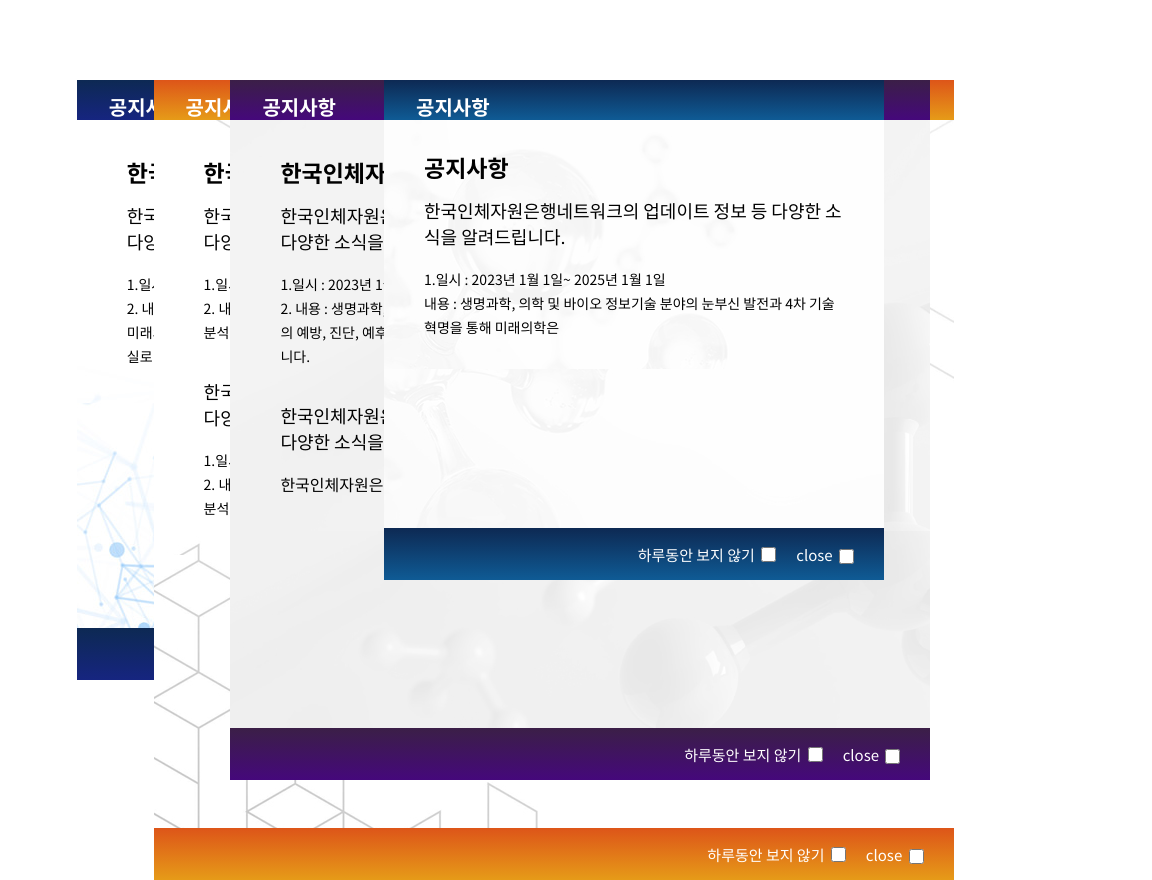
Repository: dlgywls1130/common_popup
Page: index.html
An editor plug-in stored every save of this project. The page is shown before and after the next save, followed by the edit.
The browser window is 768 px wide. The page is 954 px wide, then 1152 px, so the pictures cover 1152 px, including what lies to the right of the window. The pictures show the whole page.

Above is the page before, as saved 2023-10-26 01:00:35.

### index.html
<!DOCTYPE html>
<html lang="en">
<head>
    <meta charset="UTF-8">
    <meta name="viewport" content="width=device-width, initial-scale=1.0">
    <title>Document</title>

    <link rel="stylesheet" href="./style.css">
</head>
<body>

    <!-- 첫번째 팝업 -->
    <div class="common_modal blue">
        <div class="common_head ">
            공지사항
        </div>
        <div class="common_body">
            <h2 class="common_body_head">
                한국인체자원은행네트워크 공지사항
            </h2>
            <div class="common_body_span">
                한국인체자원은행네트워크의 업데이트 정보 등
                <br>다양한 소식을 알려드립니다.
            </div>
            <div class="common_body_descript">
                <p>1.일시 : 2023년 1월 1일~ 2025년 1월 1일</p>
                <p>2. 내용 : 생명과학, 의학 및 바이오 정보기술 분야의 눈부신
                발전과 4차 기술혁명을 통해 미래의학은 질병의 예방, 진단,
                예후분석, 치료에 있어서 인류가 상상하지 못했던 꿈을 현실로
                실현할 것으로 예상되고 있습니다.</p>
            </div>
        </div>
        <div class="common_footer">
            <div class="day_off">
                <label for="all-none">하루동안 보지 않기</label>
                <input id="all-none" type="checkbox">
            </div>
            <div class="day_close">
                <label for="closechk">close</label>
                <input id="closechk" type="checkbox">
            </div>
        </div>
    </div>

    <!-- 두번째 팝업 -->
    <div class="common_modal orange">
        <div class="common_head">
            공지사항
        </div>
        <div class="common_body">
            <h2 class="common_body_head">
                한국인체자원은행네트워크 공지사항
            </h2>
            <div class="common_body_span">
                한국인체자원은행네트워크의 업데이트 정보 등
                <br>다양한 소식을 알려드립니다.
            </div>
            <div class="common_body_descript mb-34">
                <p>1.일시 : 2023년 1월 1일~ 2025년 1월 1일</p>
                <p>2. 내용 : 생명과학, 의학 및 바이오 정보기술 분야의 눈부신
                발전과 4차 기술혁명을 통해 미래의학은 질병의 예방, 진단,
                예후분석, 치료에 있어서 인류가 상상하지 못했던 꿈을 현실로
                실현할 것으로 예상되고 있습니다.</p>
            </div>
            <div class="common_body_span">
                한국인체자원은행네트워크의 업데이트 정보 등
                <br>다양한 소식을 알려드립니다.
            </div>
            <div class="common_body_descript">
                <p>1.일시 : 2023년 1월 1일~ 2025년 1월 1일</p>
                <p>2. 내용 : 생명과학, 의학 및 바이오 정보기술 분야의 눈부신
                발전과 4차 기술혁명을 통해 미래의학은 질병의 예방, 진단,
                예후분석, 치료에 있어서 인류가 상상하지 못했던 꿈을 현실로
                실현할 것으로 예상되고 있습니다.</p>
            </div>
        </div>
        <div class="common_footer">
            <div class="day_off">
                <label for="all-none">하루동안 보지 않기</label>
                <input id="all-none" type="checkbox">
            </div>
            <div class="day_close">
                <label for="closechk">close</label>
                <input id="closechk" type="checkbox">
            </div>
        </div>
    </div>

    <!-- 세번째팝업 -->
    <div class="common_modal purple">
        <div class="common_head">
            공지사항
        </div>
        <div class="common_body">
            <h2 class="common_body_head">
                한국인체자원은행네트워크 공지사항
            </h2>
            <div class="common_body_span">
                한국인체자원은행네트워크의 업데이트 정보 등
                <br>다양한 소식을 알려드립니다.
            </div>
            <div class="common_body_descript mb-34">
                <p>1.일시 : 2023년 1월 1일~ 2025년 1월 1일</p>
                <p>2. 내용 : 생명과학, 의학 및 바이오 정보기술 분야의 눈부신
                발전과 4차 기술혁명을 통해 미래의학은 질병의 예방, 진단,
                예후분석, 치료에 있어서 인류가 상상하지 못했던 꿈을 현실로
                실현할 것으로 예상되고 있습니다.</p>
            </div>
            <div class="common_body_span">
                한국인체자원은행네트워크의 업데이트 정보 등
                <br>다양한 소식을 알려드립니다.
            </div>
            <p>한국인체자원은행네트워크의 업데이트 정보 등 다양한 소식을
                알려드립니다.</p>
        </div>
        <div class="common_footer">
            <div class="day_off">
                <label for="all-none">하루동안 보지 않기</label>
                <input id="all-none" type="checkbox">
            </div>
            <div class="day_close">
                <label for="closechk">close</label>
                <input id="closechk" type="checkbox">
            </div>
        </div>
    </div>

    <!-- 네번째 팝업 -->
    <div class="common_modal sky">
        <div class="common_head">
            공지사항
        </div>
        <div class="common_body">
            <h2 class="common_body_head">
                공지사항
            </h2>
            <div class="common_body_span mb-34">
                한국인체자원은행네트워크의 업데이트 정보 등
                다양한 소식을 알려드립니다.
            </div>
            <div class="common_body_descript">
                <p>1.일시 : 2023년 1월 1일~ 2025년 1월 1일</p>
                <p>내용 : 생명과학, 의학 및 바이오 정보기술 분야의
                    눈부신 발전과 4차 기술혁명을 통해 미래의학은</p>
            </div>
        </div>
        <div class="common_footer">
            <div class="day_off">
                <label for="all-none">하루동안 보지 않기</label>
                <input id="all-none" type="checkbox">
            </div>
            <div class="day_close">
                <label for="closechk">close</label>
                <input id="closechk" type="checkbox">
            </div>
        </div>
    </div>
</body>

<script src="main.js"></script>
</html>

### style.css


@import url('https://fonts.googleapis.com/css2?family=Noto+Sans+KR:wght@300;400;500;700&display=swap');

html, body, div, span, applet, object, iframe,
h1, h2, h3, h4, h5, h6, p, blockquote, pre,
a, abbr, acronym, address, big, cite, code,
del, dfn, em, img, ins, kbd, q, s, samp,
small, strike, strong, sub, sup, tt, var,
b, u, i, center,
dl, dt, dd, ol, ul, li,
fieldset, form, label, legend,
table, caption, tbody, tfoot, thead, tr, th, td,
article, aside, canvas, details, embed,
figure, figcaption, footer, header, hgroup,
menu, nav, output, ruby, section, summary,
time, mark, audio, video {
	margin: 0;
	padding: 0;
	border: 0;
	font-size: 100%;
	font: inherit;
	vertical-align: baseline;
}

.mb-34{margin-bottom: 34px;}

/* common modal */

.common_modal{
    font-family: 'Noto Sans KR', sans-serif;
    position: relative;
    display: block;

    position: absolute;
    top: 10%;
}

.common_modal .common_head{
    height: 52px;
    color: #fff;
    width: 100%;
    text-align: left;
    font-size: 20px;
    font-weight: 700;
    padding: 10px 55px;
    box-sizing: border-box;
}

.common_modal.blue {
    width: 600px;
    height: 600px;
    background: url('../img/bg1.jpg')no-repeat;
    background-size: cover;
    left: 10%;
}

.common_modal.orange {
    width: 800px;
    height: 800px;
    background: url('../img/bg2.jpg')no-repeat;
    background-size: cover;
    left: 20%;
}

.common_modal.purple {
    width: 700px;
    height: 700px;
    background: url('../img/bg3.jpg')no-repeat;
    background-size: cover;
    left: 30%;
}

.common_modal.sky {
    width: 500px;
    height: 500px;
    background: url('../img/bg4.jpg')no-repeat;
    background-size: cover;
    left: 50%;
}

.common_modal.blue .common_body{
    background: url('../img/bg1.jpg')no-repeat;
    background-size: cover;
    width: 100%;
    padding: 35px 50px;
    box-sizing: border-box;
}

.common_modal.orange .common_body{
    background: url('../img/bg2.jpg')no-repeat;
    background-size: cover;
    width: 100%;
    padding: 35px 50px;
    box-sizing: border-box;
}

.common_modal.purple .common_body{
    background: url('../img/bg3.jpg')no-repeat;
    background-size: cover;
    width: 100%;
    padding: 35px 50px;
    box-sizing: border-box;
}

.common_modal.sky .common_body{
    background: url('../img/bg4.jpg')no-repeat;
    background-size: cover;
    width: 100%;
    padding: 30px 40px;
    box-sizing: border-box;
}

.common_footer{
    position: absolute;
    bottom: 0;
    left: 0;
    width: 100%;
    height: 52px;
    display: flex;
    align-items: center;
    justify-content: flex-end;
    padding: 20px 30px;
    box-sizing: border-box;
}

.common_footer .day_off label,
.common_footer .day_close label{
    color: #fff;
    font-size: 15px;
    font-weight: 300;
    margin-right: 0.4rem;

}
.day_close input{
    margin-top: 0.3rem!important;
}
.common_footer .day_off{
    margin-right: 20px;
    display: flex;
    align-items: center;
}

.common_footer .day_close {
    display: flex;
    align-items: center;
}

.common_footer input[type="checkbox" i] {
    width: 15px;
    height: 15px;
    background-color: #fff;
    border: none;
    margin: 0;
}

.common_modal.blue .common_head,
.common_modal.blue .common_footer
{
    background: linear-gradient(180deg, rgba(13,41,83,1) 0%, rgba(22,37,128,1) 100%);
}

.common_modal.orange .common_head,
.common_modal.orange .common_footer
{
    background: linear-gradient(180deg, rgba(221,85,25,1) 0%, rgba(230,155,24,1) 100%);
}

.common_modal.purple .common_head,
.common_modal.purple .common_footer
{
    background: linear-gradient(180deg, rgba(59,31,71,1) 0%, rgba(69,8,123,1) 100%);
}

.common_modal.sky .common_head,
.common_modal.sky .common_footer
{
    background: linear-gradient(180deg, rgba(13,41,83,1) 0%, rgba(15,91,149,1) 100%);
}


.common_body_head{
    font-size: 30px;
    font-weight: 700;
    margin-bottom: 18px;
}

.common_body_span{
    font-size: 23px;
    font-weight: 500;
    margin-bottom: 18px;
    line-height: 34px;
}

.common_body_descript p{
    font-size: 20px;
    line-height: 35px;
    font-weight: 300;
}

@media screen and (max-width:768px) {
    .common_modal.blue {
        width: 600px;
        height: 600px;
        left: 10%;
    }

    .common_modal.orange {
        width: 800px;
        height: 800px;
        left: 20%;
    }

    .common_modal.purple {
        width: 700px;
        height: 700px;
        left: 30%;
    }

    .common_modal.sky {
        width: 500px;
        height: 500px;
        left: 50%;
    }

    .common_body_head {
        font-size: 23px;
        margin-bottom: 13px;
    }

    .common_body_span {
        font-size: 18px;
        line-height: 26px;
    }

    .common_body_descript p {
        font-size: 14px;
        line-height: 24px;
        font-weight: 300;
    }

    .common_modal .common_head {
        height: 40px;
        padding: 12px 32px;
        box-sizing: border-box;
    }
}

### main.js
// 팝업 닫기 기능
document.querySelectorAll('.day_close input').forEach((closeBtn, index) => {
    closeBtn.addEventListener('change', function() {
        if (this.checked) {
            this.closest('.common_modal').style.display = 'none';
            this.checked = false; // 체크를 해제합니다.
            sessionStorage.removeItem('hideModal' + index); // 해당 팝업의 세션스토리지 정보를 삭제합니다.
        }
    });
});

// 쿠키 설정 함수
function setCookie(name, value, hours) {
    let date = new Date();
    date.setTime(date.getTime() + (hours*60*60*1000));
    let expires = "expires="+date.toUTCString();
    document.cookie = name + "=" + value + ";" + expires + ";path=/";
}

// 쿠키 가져오기 함수
function getCookie(name) {
    let cookieArray = document.cookie.split(';');
    for(let i = 0; i < cookieArray.length; i++) {
        let cookie = cookieArray[i].trim();
        if (cookie.indexOf(name) == 0) {
            return cookie.substring(name.length + 1, cookie.length);
        }
    }
    return "";
}

document.querySelectorAll('.day_off input').forEach((dayOffBtn, index) => {
    dayOffBtn.addEventListener('change', function() {
        if (this.checked) {
            setCookie('hideModal' + index, 'true', 24); // 24시간 동안 쿠키 설정
            this.closest('.common_modal').style.display = 'none';
        }
    });

    if (getCookie('hideModal' + index) === 'true') {
        dayOffBtn.closest('.common_modal').style.display = 'none';
    } else {
        dayOffBtn.closest('.common_modal').style.display = 'block';
    }
});



let isDragging = false;
let currentDragElement = null;
let offsetX, offsetY;

// 마우스 클릭 이벤트 핸들러
document.querySelectorAll(".common_head").forEach((head) => {
  head.addEventListener("mousedown", (e) => {
    isDragging = true;
    currentDragElement = e.target.closest(".common_modal");
    offsetX = e.clientX - currentDragElement.getBoundingClientRect().left;
    offsetY = e.clientY - currentDragElement.getBoundingClientRect().top;
  });
});

// 마우스 이동 이벤트 핸들러
document.addEventListener("mousemove", (e) => {
  if (!isDragging) return;
  const x = e.clientX - offsetX;
  const y = e.clientY - offsetY;
  currentDragElement.style.left = x + "px";
  currentDragElement.style.top = y + "px";
});

// 마우스 클릭 해제 이벤트 핸들러
document.addEventListener("mouseup", () => {
  isDragging = false;
  currentDragElement = null;
});

After the next save:
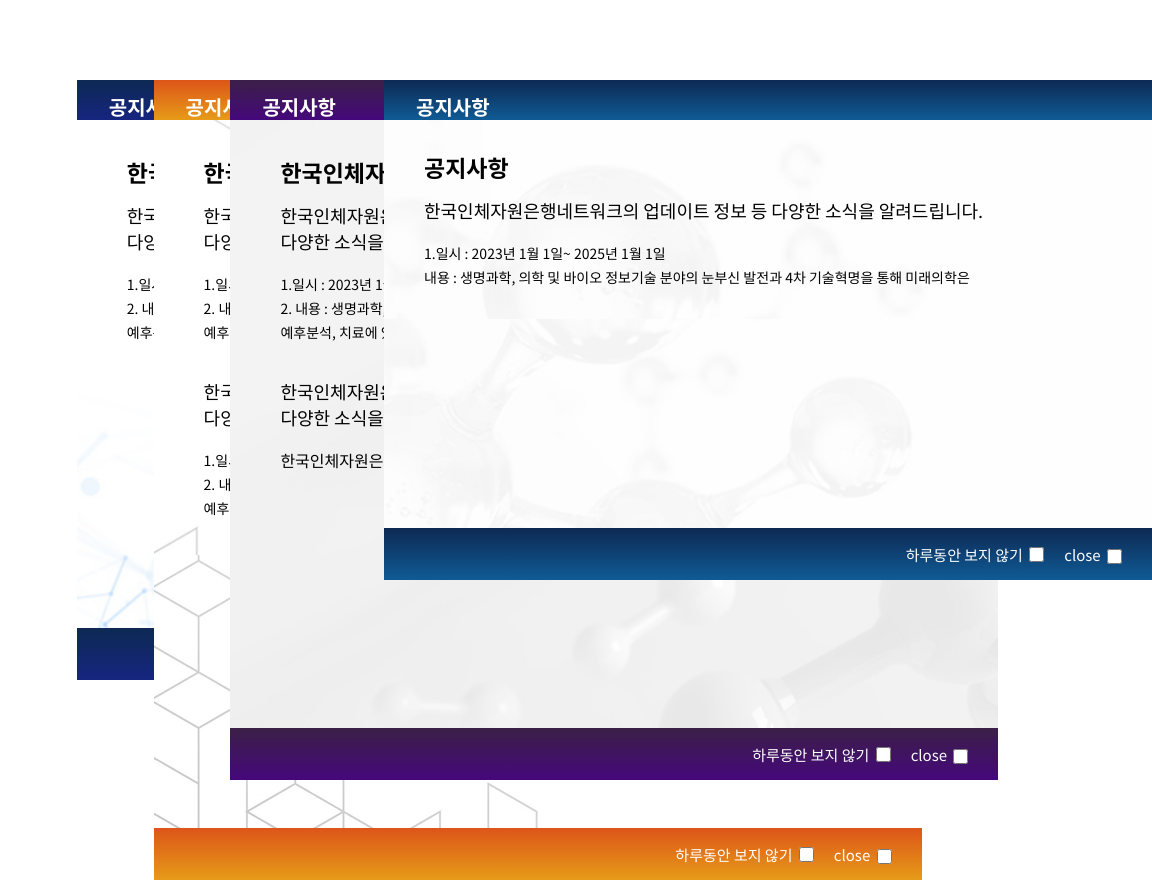
Saved 29 s later.
--- a/style.css
+++ b/style.css
@@ -200,25 +200,25 @@ time, mark, audio, video {
 
 @media screen and (max-width:768px) {
     .common_modal.blue {
-        width: 600px;
+        width: 100%;
         height: 600px;
         left: 10%;
     }
 
     .common_modal.orange {
-        width: 800px;
+        width: 100%;
         height: 800px;
         left: 20%;
     }
 
     .common_modal.purple {
-        width: 700px;
+        width: 100%;
         height: 700px;
         left: 30%;
     }
 
     .common_modal.sky {
-        width: 500px;
+        width: 100%;
         height: 500px;
         left: 50%;
     }
